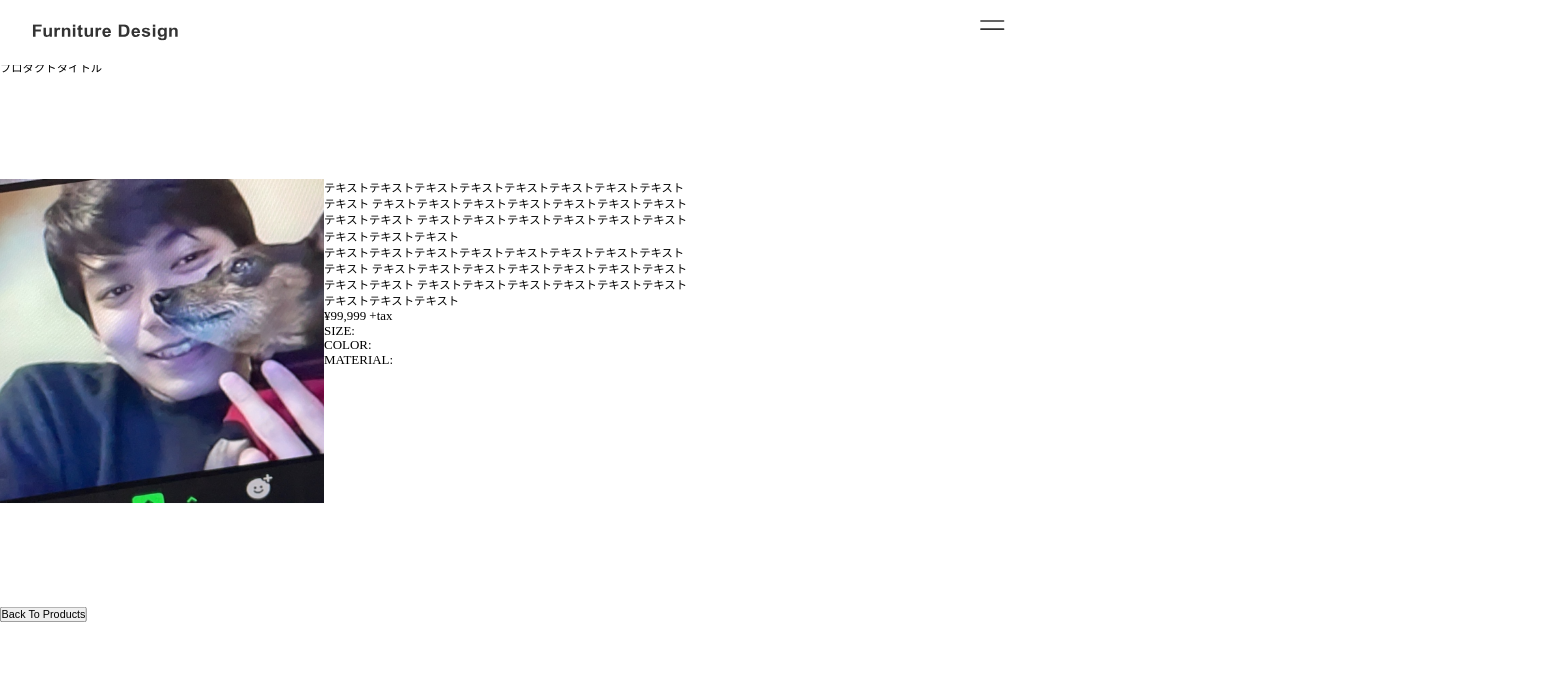
Repository: kohei23n/tenfeet
Page: menbers2/index.html
The author's editor kept a copy of each file at every save. The page is drawn from the files as they stood at one save, then again after the next save.
The browser window is 1280 px wide. The page is 1920 px wide, so the pictures cover 1920 px, including what lies to the right of the window. The pictures show the whole page, at 81% of full size.

Above is the page before, as saved 2022-02-08 21:54:36.

After the next save:
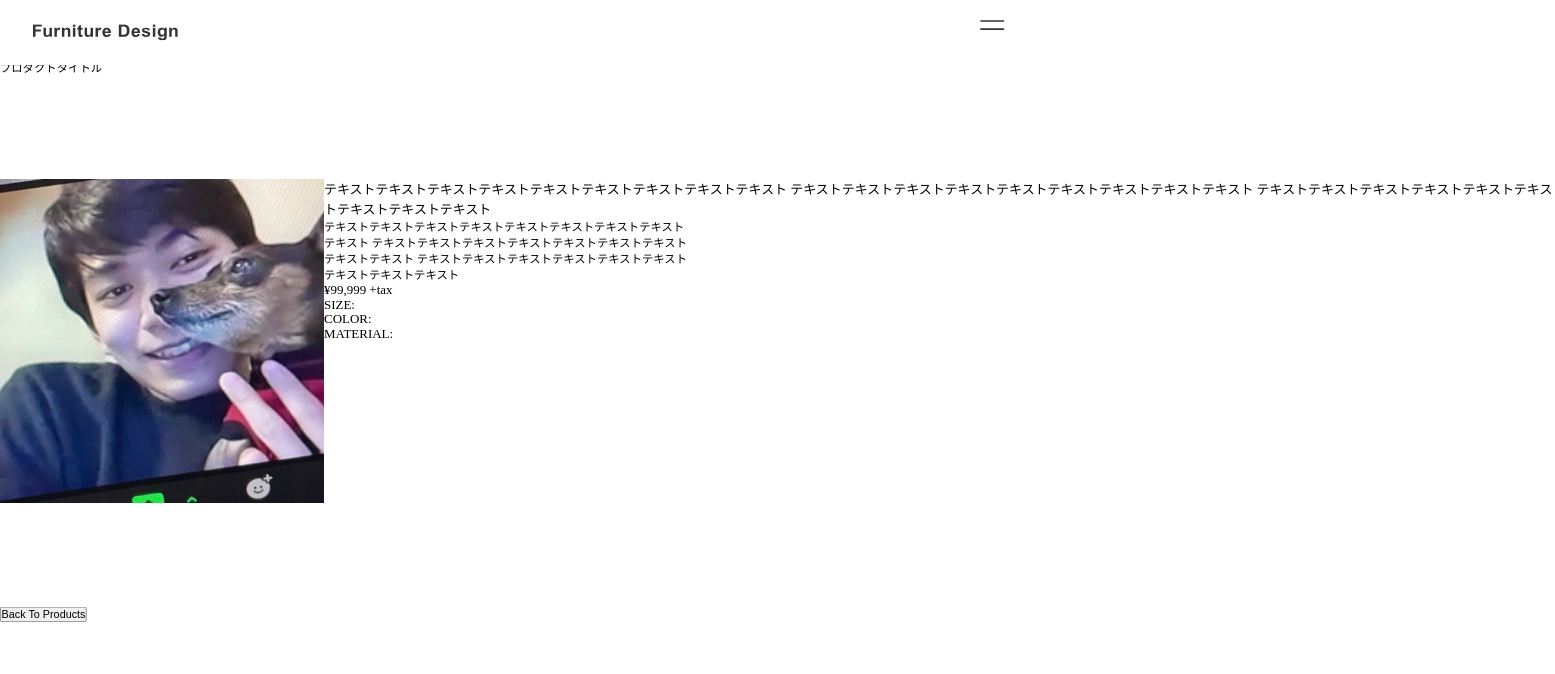
Saved 5 s later.
--- a/menbers2/menbers2.js
+++ b/menbers2/menbers2.js
@@ -2,7 +2,7 @@ let content = `<h1 class="member_name">プロダクトタイトル</h1>
 <section class="section_member">
 <img src="../img/9.jpg" alt="" class="member_img">
 <div class="member_content">
-        <p class="content">テキストテキストテキストテキストテキストテキストテキストテキストテキスト テキストテキストテキストテキストテキストテキストテキストテキストテキスト テキストテキストテキストテキストテキストテキストテキストテキストテキスト</p>
+        <p class="message">テキストテキストテキストテキストテキストテキストテキストテキストテキスト テキストテキストテキストテキストテキストテキストテキストテキストテキスト テキストテキストテキストテキストテキストテキストテキストテキストテキスト</p>
         <p class="content">テキストテキストテキストテキストテキストテキストテキストテキストテキスト テキストテキストテキストテキストテキストテキストテキストテキストテキスト テキストテキストテキストテキストテキストテキストテキストテキストテキスト</p>
         <p>¥99,999 +tax</p>
         <p>SIZE: </p>
